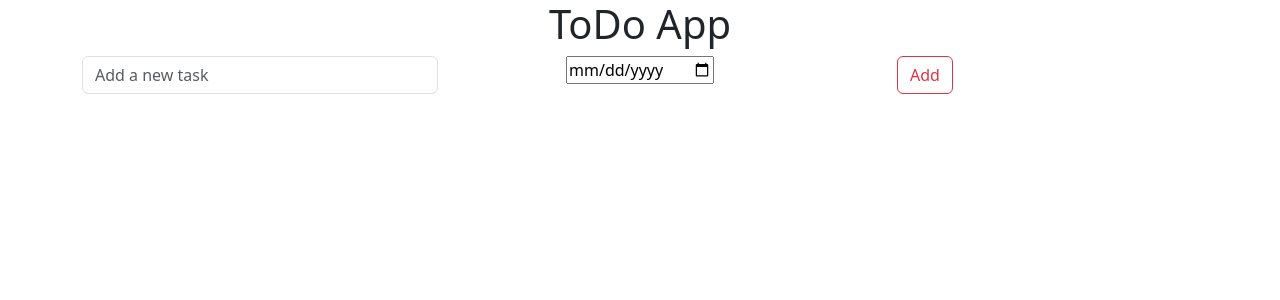
Repository: Mohitkumar1322/ReactTut
Page: / (app in ToDoApp/)
The author's editor kept a copy of each file at every save. The page is drawn from the files as they stood at one save, then again after the next save.
The browser window is 1280 px wide. The pictures show the whole page.
The project was rebuilt for these pictures with package versions that can differ from the ones it lists, and the page was loaded fresh each time. Also part of the build but not shown: ToDoApp/vite.config.js.

Above is the page before, as saved 2025-08-24 11:21:28.

After the next save:
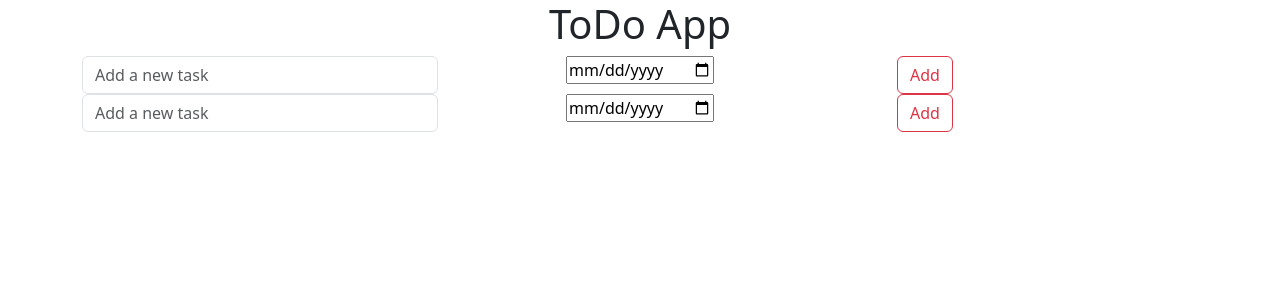
Saved 5 s later.
--- a/ToDoApp/src/App.jsx
+++ b/ToDoApp/src/App.jsx
@@ -4,6 +4,16 @@ function App() {
       <center>
         <h1 class="todo-container">ToDo App</h1>
         <div class="container text-center">
+          <div class="row">
+            <div class="col-4">
+              <input type ="text" placeholder="Add a new task" class="form-control"/>
+            </div>
+            <div class="col-4">
+              <input type="date" />
+            </div>
+            <div class="col-2"><button type="button" class="btn btn-outline-danger">Add</button></div>
+          </div>
+
           <div class="row">
             <div class="col-4">
               <input type ="text" placeholder="Add a new task" class="form-control"/>
